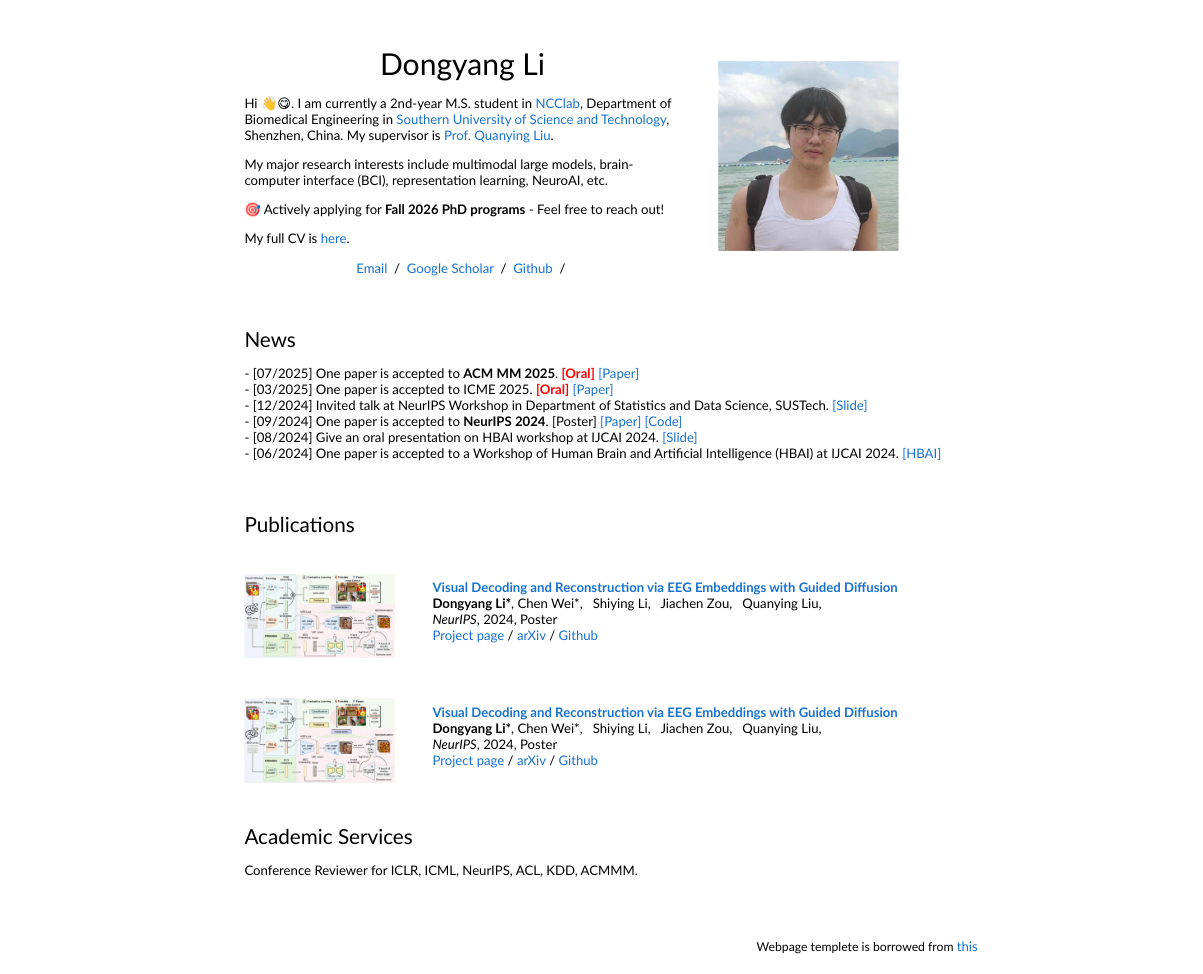
Repository: dongyangli-del/dongyangli-del.github.io
Page: index.html
These files come from the project's save history. The page is drawn as it stood at one moment and after the next save; the edit follows.
The browser window is 1280 px wide. The pictures show the whole page, at 94% of full size.

Above is the page before, as saved 2025-07-12 20:27:37.

After the next save:
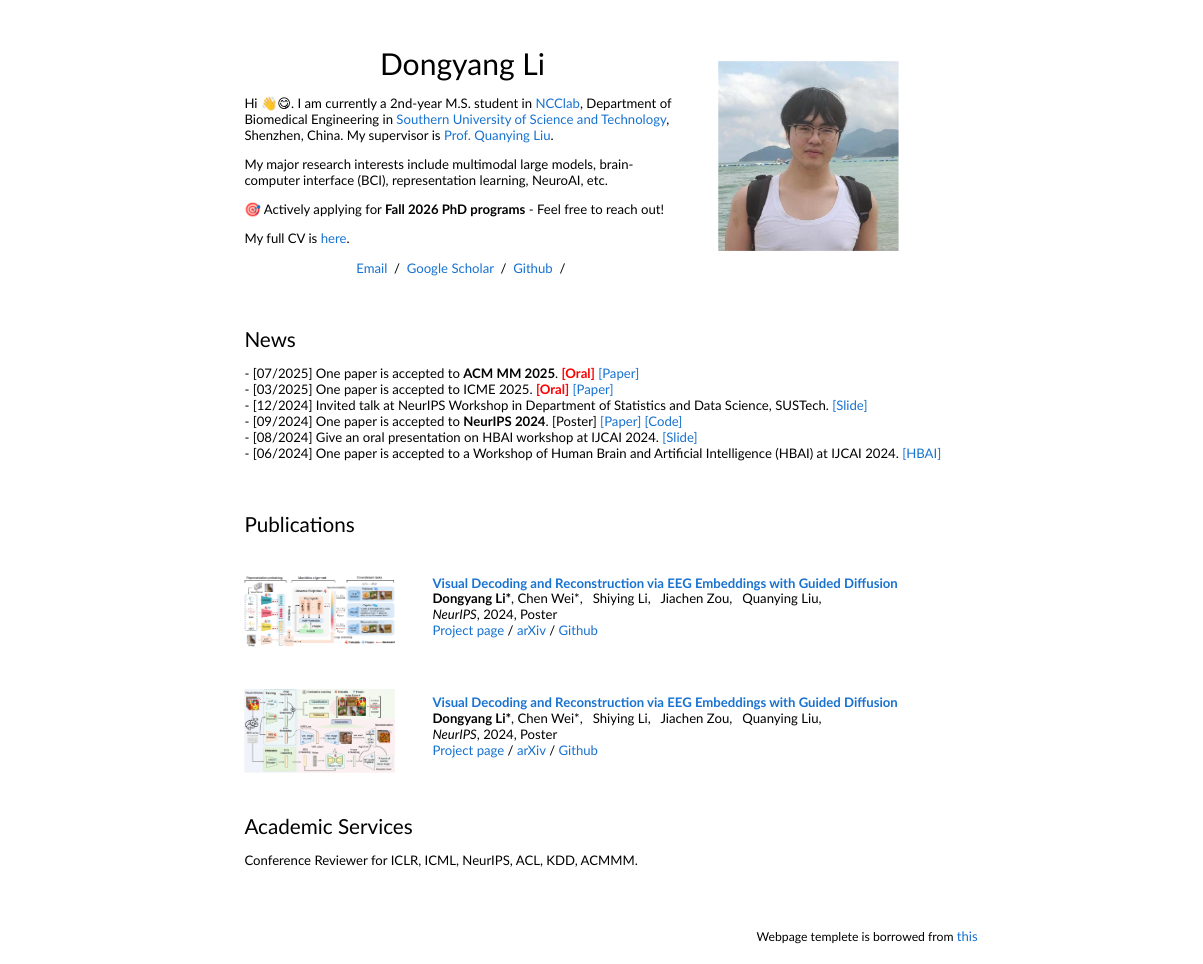
Saved 5 s later.
--- a/index.html
+++ b/index.html
@@ -131,7 +131,7 @@
       <!-- BrainFLORA -->
       <tr>
         <td style="padding:20px;width:25%;vertical-align:middle">
-          <img src='myassets/EEG_Image_decode.png' width="100%">
+          <img src='myassets/BrainFLORA.png' width="100%">
         </td>
         <td style="padding:20px;width:75%;vertical-align:middle">
           <a href="https://github.com/dongyangli-del/EEG_Image_decode/">
